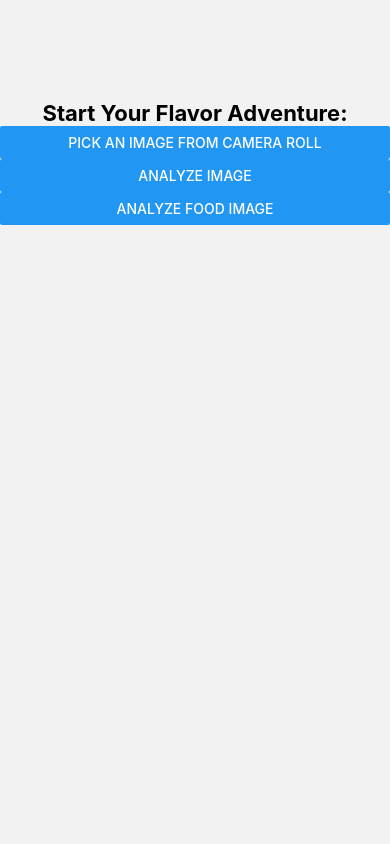
Repository: djdjdallas/taste-without-borders
Screen: /Home
These files come from the project's save history. The screen is drawn as it stood at one moment and after the next save; the edit follows.
The app was drawn by React Native's web renderer in a window 390 px wide. The project was rebuilt for these pictures with package versions that can differ from the ones it lists, and the page was loaded fresh each time.

Above is the screen before, as saved 2023-12-26 19:58:37.

### App.js
import React from "react";
import { NavigationContainer } from "@react-navigation/native";
import { createNativeStackNavigator } from "@react-navigation/native-stack";
import HomeScreen from "./HomeScreen"; // Make sure the path is correct
import StartScreen from "./StartScreen";

const Stack = createNativeStackNavigator();

const App = () => {
  return (
    <NavigationContainer>
      <Stack.Navigator>
        <Stack.Screen name="Start" component={StartScreen} />
        <Stack.Screen name="Home" component={HomeScreen} />
        {/* You can add more screens to your navigator here */}
      </Stack.Navigator>
    </NavigationContainer>
  );
};

export default App;

### HomeScreen.js
import React, { useLayoutEffect, useState } from "react";
import { StyleSheet, View, Button, Image, Alert, Text } from "react-native";
import * as ImagePicker from "expo-image-picker";
import { useNavigation } from "@react-navigation/native";

const HomeScreen = () => {
  const navigation = useNavigation();
  const [selectedImage, setSelectedImage] = useState(null);
  const [responseText, setResponseText] = useState("");

  const pickImage = async () => {
    const { status } = await ImagePicker.requestMediaLibraryPermissionsAsync();
    if (status !== "granted") {
      Alert.alert(
        "Permissions required",
        "Sorry, we need camera roll permissions to make this work!"
      );
      return;
    }

    let result = await ImagePicker.launchImageLibraryAsync({
      mediaTypes: ImagePicker.MediaTypeOptions.Images,
      allowsEditing: true,
      aspect: [4, 3],
      quality: 1,
      base64: true,
    });

    if (!result.canceled && result.assets && result.assets[0].base64) {
      setSelectedImage(result.assets[0].base64);
    }
  };

  const handleResponse = (responseText) => {
    const dishes = responseText.split("\n");
    const formattedResponse = dishes.join("\n\n");
    setResponseText(formattedResponse);
  };

  const analyzeImage = async () => {
    if (selectedImage) {
      const apiKey = "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"; // Replace with your actual API key
      const endpoint = "https://api.openai.com/v1/chat/completions"; // Replace with your actual API endpoint

      const payload = {
        model: "gpt-4-vision-preview", // Replace with your model name
        messages: [
          {
            role: "user",
            content: [
              {
                type: "text",
                text: "Analyze this image and translate it into English?",
              },
              {
                type: "image_url",
                image_url: {
                  url: `data:[embedded picture, 41 characters]
                },
              },
            ],
          },
        ],
        max_tokens: 300,
      };

      try {
        const response = await fetch(endpoint, {
          method: "POST",
          headers: {
            "Content-Type": "application/json",
            Authorization: `Bearer ${apiKey}`,
          },
          body: JSON.stringify(payload),
        });

        if (!response.ok) {
          throw new Error(`HTTP error! status: ${response.status}`);
        }

        const data = await response.json();
        if (data.choices && data.choices[0]) {
          handleResponse(data.choices[0].message.content);
        } else {
          setResponseText("Unexpected response structure");
        }
      } catch (error) {
        setResponseText(`Error: ${error.message}`);
      }
    } else {
      setResponseText("No image selected");
    }
  };

  const analyzeFoodImage = async () => {
    if (selectedImage) {
      const apiKey = "YOUR_API_KEY"; // Replace with your actual API key
      const endpoint = "YOUR_API_ENDPOINT"; // Replace with your actual API endpoint

      const payload = {
        model: "YOUR_MODEL_NAME", // Replace with your model name
        messages: [
          {
            role: "user",
            content: [
              {
                type: "text",
                text: "Analyze this food image and describe it with humor.",
              },
              {
                type: "image_url",
                image_url: {
                  url: `data:[embedded picture, 41 characters]
                },
              },
            ],
          },
        ],
        max_tokens: 300,
      };

      try {
        const response = await fetch(endpoint, {
          method: "POST",
          headers: {
            "Content-Type": "application/json",
            Authorization: `Bearer ${apiKey}`,
          },
          body: JSON.stringify(payload),
        });

        if (!response.ok) {
          throw new Error(`HTTP error! status: ${response.status}`);
        }

        const data = await response.json();
        if (data.choices && data.choices[0]) {
          handleResponse(data.choices[0].message.content);
        } else {
          setResponseText("Unexpected response structure");
        }
      } catch (error) {
        setResponseText(`Error: ${error.message}`);
      }
    } else {
      setResponseText("No image selected");
    }
  };
  useLayoutEffect(() => {
    navigation.setOptions({
      headerShown: false,
    });
  }, []);

  return (
    <View style={{ marginTop: 100 }}>
      <View>
        <Text style={{ fontSize: 22, fontWeight: "bold", textAlign: "center" }}>
          Start Your Flavor Adventure:
        </Text>
      </View>
      <Button title="Pick an image from camera roll" onPress={pickImage} />
      {selectedImage && (
        <Image
          source={{ uri: `data:[embedded picture, 40 characters] }}
          style={styles.image}
        />
      )}
      <Button title="Analyze Image" onPress={analyzeImage} />
      <Button title="Analyze Food Image" onPress={analyzeFoodImage} />
      {responseText ? (
        <Text style={styles.responseText}>{responseText}</Text>
      ) : null}
    </View>
  );
};

// const styles = StyleSheet.create({
//   container: {
//     flex: 1,
//     padding: 20,
//     justifyContent: "center",
//     backgroundColor: "#F2F2F2",
//   },
//   textContainer: {
//     alignItems: "center",
//     marginBottom: 20,
//   },
//   titleText: {
//     fontSize: 22,
//     fontWeight: "bold",
//     textAlign: "center",
//   },
//   descriptionText: {
//     fontSize: 16,
//     textAlign: "center",
//     marginTop: 10,
//   },
//   lineStyle: {
//     height: 2,
//     backgroundColor: "black",
//     width: "100%",
//     marginTop: 10,
//   },
//   buttonContainer: {
//     flexDirection: "row",
//     justifyContent: "space-around",
//     alignItems: "center",
//   },
//   button: {
//     width: 164,
//     height: 208,
//     justifyContent: "center",
//     alignItems: "center",
//     backgroundColor: "#FFF",
//     elevation: 5, // This adds the drop shadow on Android
//     shadowColor: "#000", // These 3 lines add the shadow on iOS
//     shadowOffset: { width: 0, height: 2 },
//     shadowOpacity: 0.25,
//     shadowRadius: 3.84,
//     marginBottom: 20, // Adjust as needed for space from bottom
//   },
//   buttonText: {
//     fontSize: 18,
//     fontWeight: "bold",
//     textAlign: "center",
//   },
//   image: {
//     width: 200,
//     height: 200,
//     margin: 10,
//   },
//   responseText: {
//     marginTop: 20,
//     padding: 10,
//     borderWidth: 1,
//     borderColor: "#ddd",
//     borderRadius: 5,
//   },
// });

export default HomeScreen;

### StartScreen.js
import {
  View,
  Text,
  Image,
  TouchableOpacity,
  ImageBackground,
  StyleSheet,
} from "react-native";
import React, { useLayoutEffect } from "react";
import { useNavigation } from "@react-navigation/native";

const image = { uri: "https://i.ibb.co/RQYb1f7/i-Phone-11-Pro-Max-1.png" };
const hero = { uri: "https://i.ibb.co/zQtzrR4/hero-2.png" };

const StartScreen = () => {
  const navigation = useNavigation();

  useLayoutEffect(() => {
    navigation.setOptions({
      headerShown: false,
    });
  }, []);
  return (
    <View style={styles.container}>
      <ImageBackground source={hero} resizeMode="cover" style={styles.image}>
        <TouchableOpacity
          style={styles.button}
          onPress={() => {
            navigation.navigate("Home");
            /* Handle the press event */
          }}
        >
          <Text style={styles.text}>Get Started</Text>
        </TouchableOpacity>
      </ImageBackground>
    </View>
  );
};

const styles = StyleSheet.create({
  container: {
    flex: 1,
  },
  image: {
    flex: 1,
    justifyContent: "flex-end", // Aligns children to the bottom
    alignItems: "center", // Centers children horizontally
  },
  text: {
    color: "#FA4A0C", // Given text color
    fontSize: 16, // Adjusted for typical button text
    fontWeight: "bold",
  },
  button: {
    width: 314, // Width as per your requirement
    height: 70, // Height as per your requirement
    justifyContent: "center", // Center the text vertically
    alignItems: "center", // Center the text horizontally
    backgroundColor: "white", // Button background color
    marginBottom: 80, // Distance from the bottom
    borderRadius: 50, // Distance from the bottom
  },
});

export default StartScreen;

After the next save:
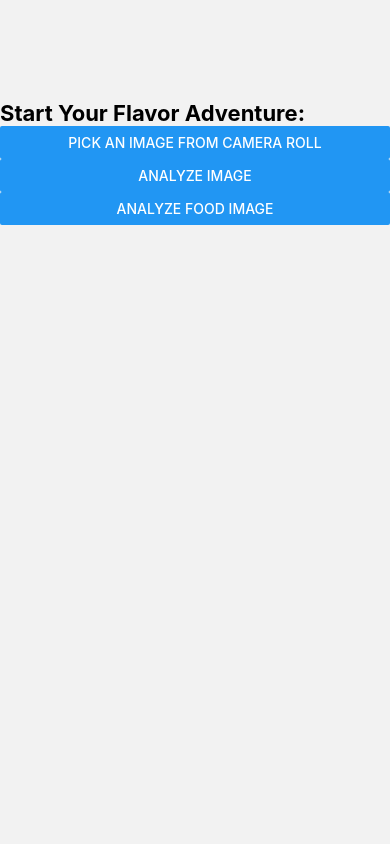
Saved 8 s later.
--- a/HomeScreen.js
+++ b/HomeScreen.js
@@ -155,7 +155,7 @@ const HomeScreen = () => {
   return (
     <View style={{ marginTop: 100 }}>
       <View>
-        <Text style={{ fontSize: 22, fontWeight: "bold", textAlign: "center" }}>
+        <Text style={{ fontSize: 22, fontWeight: "bold", textAlign: "left" }}>
           Start Your Flavor Adventure:
         </Text>
       </View>
